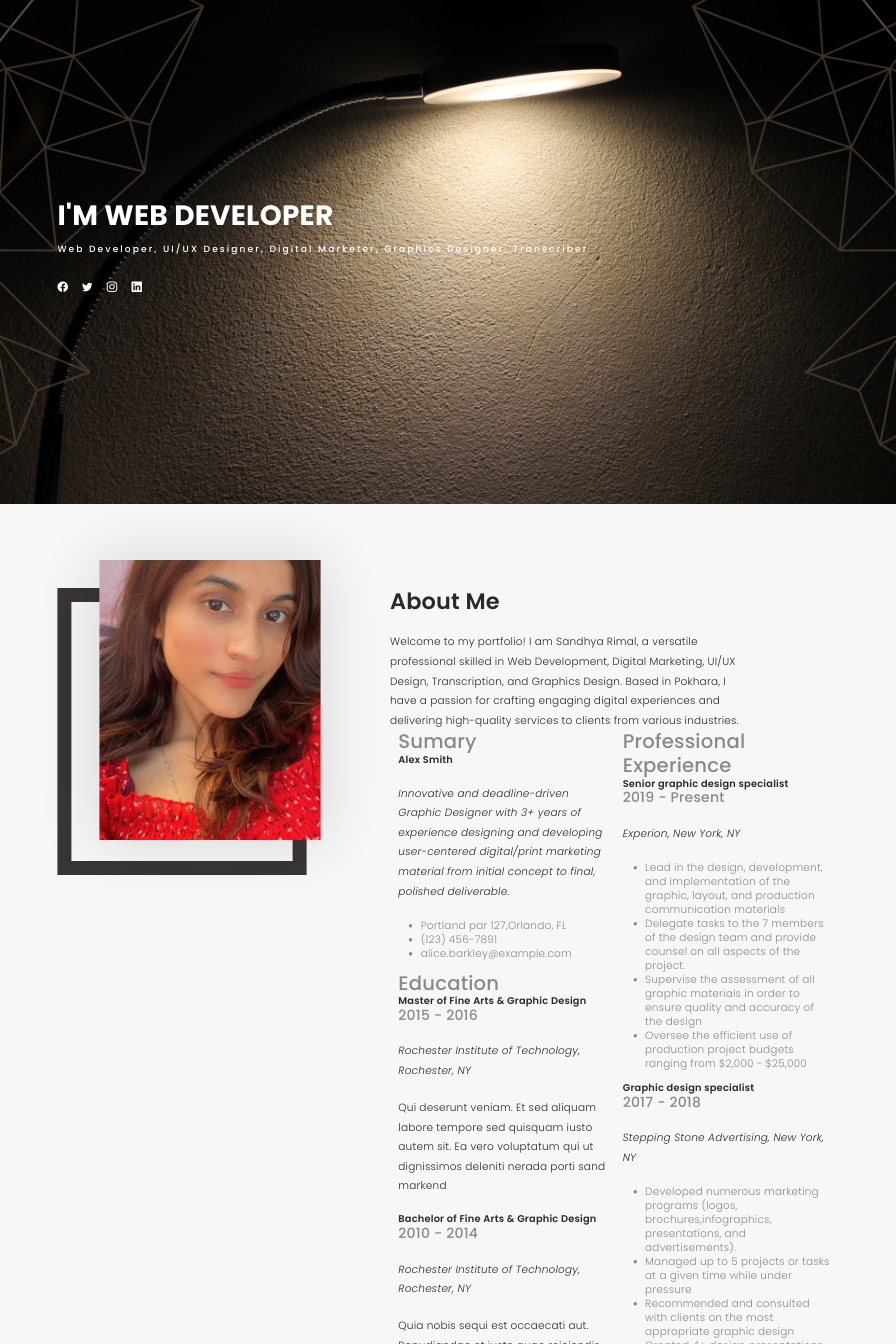
Repository: sandhya8109/portfolio
Page: index.html
An editor plug-in stored every save of this project. The page is shown before and after the next save, followed by the edit.
The browser window is 1280 px wide. The pictures show the part of the page from y = 0 to 1920 px (the page is 5140 px tall before and 4289 px after), at 70% of full size.
Some web fonts or font styles are not loaded; a fallback is used.

Above is the page before, as saved 2023-11-20 19:42:14.

After the next save:
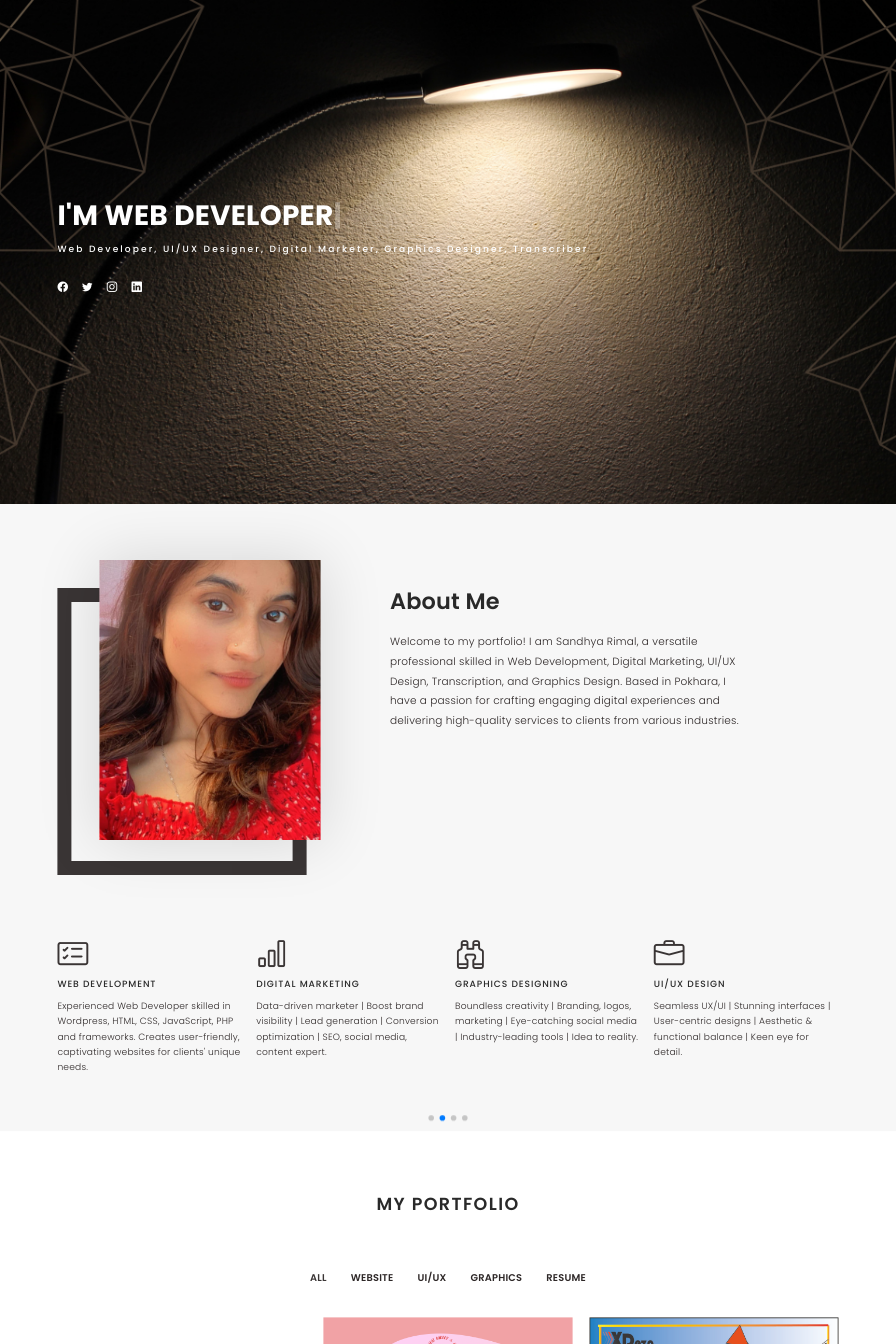
Saved 64 s later.
--- a/index.html
+++ b/index.html
@@ -107,65 +107,7 @@
 
               <h2>About Me </h2>
               <p class="separator">Welcome to my portfolio! I am Sandhya Rimal, a versatile professional skilled in Web Development, Digital Marketing, UI/UX Design, Transcription, and Graphics Design. Based in Pokhara, I have a passion for crafting engaging digital experiences and delivering high-quality services to clients from various industries.</p>
-              <section id="resume" class="resume">
-                <div class="container">
-
-                  <div class="row">
-                    <div class="col-lg-6 aos-init aos-animate" data-aos="fade-up">
-                      <h3 class="resume-title">Sumary</h3>
-                      <div class="resume-item pb-0">
-                        <h4>Alex Smith</h4>
-                        <p><em>Innovative and deadline-driven Graphic Designer with 3+ years of experience designing and developing user-centered digital/print marketing material from initial concept to final, polished deliverable.</em></p>
-                        <ul>
-                          <li>Portland par 127,Orlando, FL</li>
-                          <li>(123) 456-7891</li>
-                          <li>alice.barkley@example.com</li>
-                        </ul>
-                      </div>
-
-                      <h3 class="resume-title">Education</h3>
-                      <div class="resume-item">
-                        <h4>Master of Fine Arts &amp; Graphic Design</h4>
-                        <h5>2015 - 2016</h5>
-                        <p><em>Rochester Institute of Technology, Rochester, NY</em></p>
-                        <p>Qui deserunt veniam. Et sed aliquam labore tempore sed quisquam iusto autem sit. Ea vero voluptatum qui ut dignissimos deleniti nerada porti sand markend</p>
-                      </div>
-                      <div class="resume-item">
-                        <h4>Bachelor of Fine Arts &amp; Graphic Design</h4>
-                        <h5>2010 - 2014</h5>
-                        <p><em>Rochester Institute of Technology, Rochester, NY</em></p>
-                        <p>Quia nobis sequi est occaecati aut. Repudiandae et iusto quae reiciendis et quis Eius vel ratione eius unde vitae rerum voluptates asperiores voluptatem Earum molestiae consequatur neque etlon sader mart dila</p>
-                      </div>
-                    </div>
-                    <div class="col-lg-6 aos-init aos-animate" data-aos="fade-up" data-aos-delay="100">
-                      <h3 class="resume-title">Professional Experience</h3>
-                      <div class="resume-item">
-                        <h4>Senior graphic design specialist</h4>
-                        <h5>2019 - Present</h5>
-                        <p><em>Experion, New York, NY </em></p>
-                        <ul>
-                          <li>Lead in the design, development, and implementation of the graphic, layout, and production communication materials</li>
-                          <li>Delegate tasks to the 7 members of the design team and provide counsel on all aspects of the project. </li>
-                          <li>Supervise the assessment of all graphic materials in order to ensure quality and accuracy of the design</li>
-                          <li>Oversee the efficient use of production project budgets ranging from $2,000 - $25,000</li>
-                        </ul>
-                      </div>
-                      <div class="resume-item">
-                        <h4>Graphic design specialist</h4>
-                        <h5>2017 - 2018</h5>
-                        <p><em>Stepping Stone Advertising, New York, NY</em></p>
-                        <ul>
-                          <li>Developed numerous marketing programs (logos, brochures,infographics, presentations, and advertisements).</li>
-                          <li>Managed up to 5 projects or tasks at a given time while under pressure</li>
-                          <li>Recommended and consulted with clients on the most appropriate graphic design</li>
-                          <li>Created 4+ design presentations and proposals a month for clients and account managers</li>
-                        </ul>
-                      </div>
-                    </div>
-                  </div>
-
-                </div>
-              </section>
+
             </div>
 
           </div>
